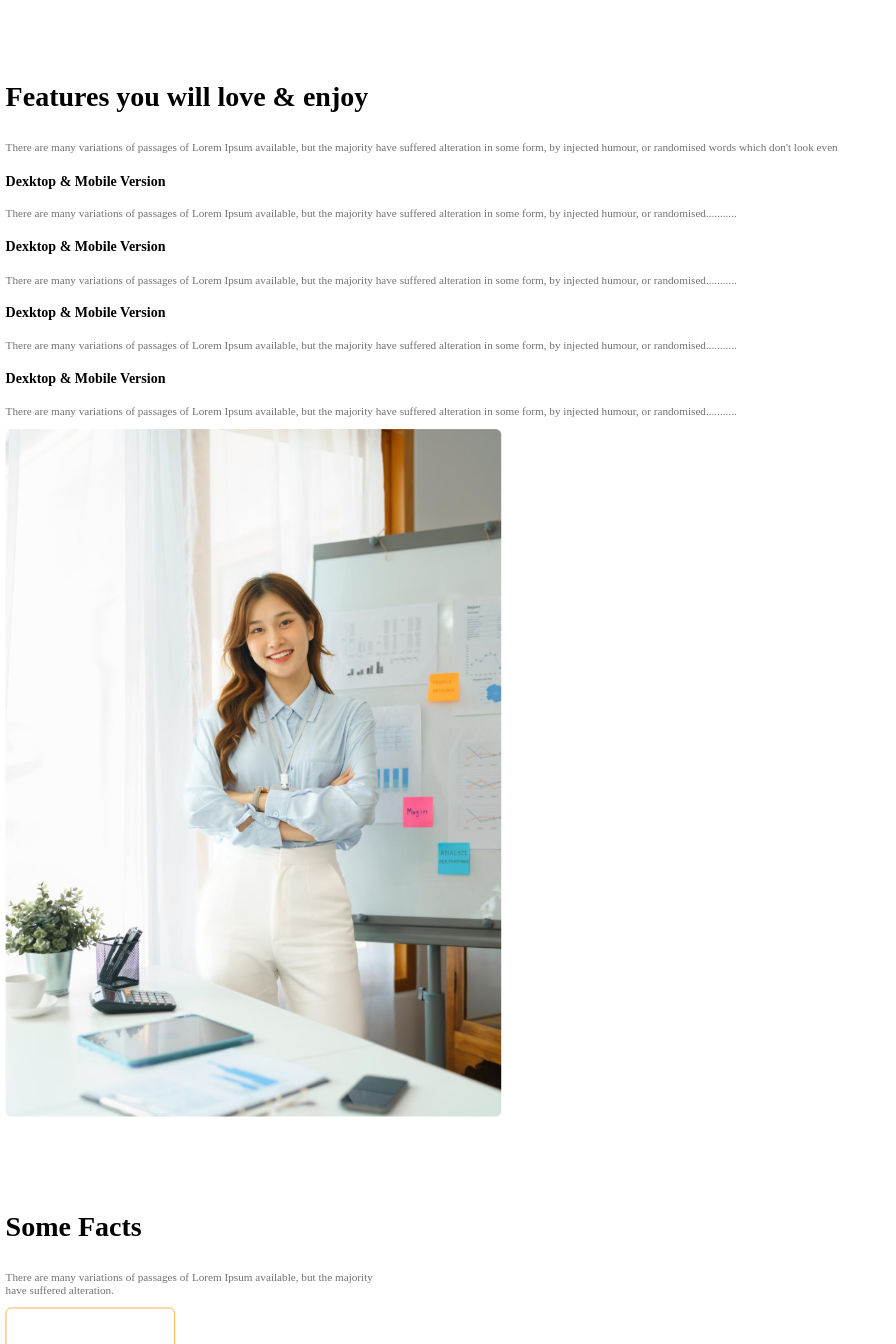
Repository: tanimtanzilislam/g3-architect-website
Page: index.html
An editor plug-in stored every save of this project. The page is shown before and after the next save, followed by the edit.
The browser window is 1280 px wide. The pictures show the part of the page from y = 2700 to 4620 px (the page is 5963 px tall before and 6267 px after), at 70% of full size.

Above is the page before, as saved 2026-02-06 22:33:21.

### index.html
<!DOCTYPE html>
<html lang="en">
<head>
    <meta charset="UTF-8">
    <meta name="viewport" content="width=device-width, initial-scale=1.0">
    <title>G3 Architecture</title>
    <link rel="stylesheet" href="styles/styles.css">
</head>
<body class=".work-sans-font">
    <header class="bg-light" >
        <nav class="navbar display-flex">
            <h3 class="brand">G3 Architect </h3>
             <ul class="nav-links display-flex">

                <li class="nav-item"><a href="" class="nav-link text-gray">Home</a></li>
                <li class="nav-item"><a href="" class="nav-link text-gray">About</a></li>
                <li class="nav-item"><a href="" class="nav-link text-gray">Contact-Us</a></li>
                <li class="nav-item"><a href="" class="nav-link text-gray">Login</a></li>
             </ul>
        </nav>

        <div class="banner">
        <div class="banner-content">
        <h1 class="banner-title">
                Brand new group of Architectects
            </h1>
            <p class="banner-description">
                There are many variations of passages of Lorem Ipsum available, but the majority have suffered alteration in some form, by injected humour, or randomised words which don't look even
            </p>
            <button class="btn-primary">Explore More</button>
            </div>

            <img class="banner-image" src="images/banner.png" alt="">
        </div>
    </header>
    <main>
        <!-- team section start -->
        <section class="teams display-flex">

            <div class="team-imag-container">

                <img src="images/team1.png" alt="two at=rchitect discussing about design">
                 <img src="images/team2.png" alt="">
                 <img src="images/team3.png" alt="">
                 <img src="images/team4.png" alt="">
            </div>

            <div class="our-features">
                <h3 class="section-title"> <span id="quick-list">Quick list </span><span>of our</span> <span  class="text-primary">features</span></h3>
                 <p class="feature-description  text-light-gray">
                    There are many variations of passages of Lorem Ipsum available, but the majority have suffered alteration in some form, by injected humour, or randomised words which don't look even
                 </p>
                 <button class="btn-primary">Explore More</button>
            </div>




        </section>

        <!-- featue section started -->
         <section class="features">
            <div>
           <h3 id="feature-section-title" class="section-title">Features you will love & enjoy</h3>
           <p class="text-light-gray">There are many variations of passages of Lorem Ipsum available, but the majority have suffered alteration in some form, by injected humour, or randomised words which don't look even</p>

           <!-- feature card container -->
            <div class="feature-card">
                <h4 class="feature-title">Dexktop & Mobile Version</h4>
                <p class="text-light-gray"> There are many variations of passages of Lorem Ipsum available, but the majority have suffered alteration in some form, by injected humour, or randomised...........</p>
            </div>
            <div class="feature-card">
                <h4 class="feature-title">Dexktop & Mobile Version</h4>
                <p class="text-light-gray"> There are many variations of passages of Lorem Ipsum available, but the majority have suffered alteration in some form, by injected humour, or randomised...........</p>
            </div>
            <div class="feature-card">
                <h4 class="feature-title">Dexktop & Mobile Version</h4>
                <p class="text-light-gray"> There are many variations of passages of Lorem Ipsum available, but the majority have suffered alteration in some form, by injected humour, or randomised...........</p>
            </div>
            <div class="feature-card">
                <h4 class="feature-title">Dexktop & Mobile Version</h4>
                <p class="text-light-gray"> There are many variations of passages of Lorem Ipsum available, but the majority have suffered alteration in some form, by injected humour, or randomised...........</p>
            </div>
            </div>
            <div>
                <img src="images/architect.png" alt="">
            </div>
         </section>

        <!-- some facts -->
         <section>
            <h3 class="section-title"> Some Facts</h3>
            <p class="text-light-gray fact-description">There are many variations of passages of Lorem Ipsum available, but the majority have suffered alteration.</p>

            <div class="facts-container">
                <!-- .fact-card*4>img.fact-icon+h4.fact-number+h5.fact-name -->
             <div class="fact-card display-flex">
                <img src="images/icons/ribon.png" alt="" class="fact-icon">
                <h4 class="fact-number">54</h4>
                <h5 class="fact-name">Awards Winning</h5>
             </div>
             <div class="fact-card">
                <div >
                    <img src="images/icons/projects.png" alt="" class="fact-icon">
                <h4 class="fact-number">1458</h4>
                <h5 class="fact-name">projects</h5>
                </div>
             </div>
             <div class="fact-card display-flex">
                <div>
                    <img src="images/icons/customers.png" alt="" class="fact-icon">
                <h4 class="fact-number">590</h4>
                <h5 class="fact-name">customers</h5>
                </div>
             </div>
             <div class="fact-card display-flex">
                <div>
                    <img src="images/icons/email.png" alt="" class="fact-icon">
                <h4 class="fact-number">22578</h4>
                <h5 class="fact-name">Email Send</h5>
                </div>
             </div>

            </div>

         </section>

         <!-- our facts -->
          <section class="our-sponsors">
            <div class="sponsor-info">
               <h3 class="section-title">Our Sponsors</h3>
               <p class="text-light-gray">
                There are many variations of passages of Lorem Ipsum available, but the majority have suffered alteration.
               </p>
               <div class="sponsor-companies">

                <img src="images/sponsors/spotify.png" alt="">
                 <img src="images/sponsors/google.png" alt="">
                  <img src="images/sponsors/amazon.png" alt="">
                   <img src="images/sponsors/telerama.png" alt="">
                    <img src="images/sponsors/figma.png" alt="">
               </div>

            </div>

          </section>
    </main>
    <footer></footer>

</body>
</html>

### styles/styles.css
@import url('https://fonts.googleapis.com/css2?family=Work+Sans:ital,wght@0,100..900;1,100..900&display=swap');

.work-sans-font{
  font-family: "Work Sans", sans-serif;
  font-optical-sizing: auto;
  font-weight: 400;
  font-style: normal;
}

/* shared styles */
.display-flex{
  display:flex;
}

.text-gray{
  color:#424242;
}

/* dark02 */
.text-light-gray{
  color:#727272;
}

/* header styles */

.navbar{
  justify-content: space-between;
  align-items:center;
}
.brand{
  font-weight:700;
  font-size:45px;
}

/* navbar related styles */
.bg-light{
  background-color: rgba(255,144,14,0.1);
}

.nav-item{
  list-style:none;
  margin-right:30px;
}

.nav-link{
  text-decoration:none;
  font-weight:500;
}
.navbar ,.banner{
  max-width:1440px;
  margin:0 auto;
}

/* banner related styles */

.banner-content{
  max-width:850px;
  margin: 0 auto 50px auto;
}
.banner-title{
  font-weight: 700;
  font-size:4em;
}
.btn-primary{
  background-color:#FF900E;
  color:white;
  padding:20px 25px;
  font-size: 1.25rem;
  font-weight:600;
  border-radius: 0;
}
.banner-image{
  width:100%;
}

/* team and feature related styles */

.teams{
  align-items:center;
}
.team-img-container{
  display:grid;
  grid-template-columns: repeat(2,1fr);
}
main>section{
  margin-top:130px;
}

.our-features{
  margin-left: 130px;
  max-width: 530px;
}

.section-title{
  font-size:2.5rem;
  font-weight: 700;
}
#quick-list{
  font-weight:500;
}


/* Features section related styles */
#featue-section-title{
  border-left: 5px solid #FF900E;
  padding:20px;
}

.feature-card-
.facts-container{
  display:grid;
  grid-template-columns: repeat(4,1fr);
}

.feature-card .feature-title{
  font-weight:600;
  font-size:1.25rem;

}
/* Some Facts related styles */
.fact-card{
  border: 1px solid #FF900E;
  width:240px;
  height:240px;
  border-radius:8px;
  text-align: center;
  align-items:center;
  justify-content: center;
}
.fact-number{
  font-size: 2.8rem;
  font-weight: 600;
  margin-top:5px;
  margin-bottom:10px;
}
.fact-name{
  font-size:1.25rem;
  font-weight:600;
}

.text-primary{
  color:#FF900E;
}
.fact-description{
  max-width:540px;
}
.sponsor-companies{
  justify-items: center;
  gap:24px;
}

/* responsive media query */
@media screen and (max-width:576px){
  .navbar ,.nav-links, .teams{
    flex-direction: column;
  }

  .team-img-container, .facts-container,
  .sponsor-companies{
    grid-template-columns: 1fr;
  }
  .facts-container,.sponsor-companies{
    justify-content: center;
    gap:24px;
  }
  .our-features{
    margin-left:20px;
  }
}

main{
  max-width:1440px;
  margin:0px auto;
}

/* sponsor related styles */
.sponsor-info{
  max-width:540px;
  margin:50px auto;
}
.sponsor-companies img{
  filter:grayscale(100%);
}

/*  medium size device */
@media screen and (min-width:576px) and (max-width:992px){
  .teams{
    flex-direction:column;
  }
  .our-features{
    margin:50px auto;
  }
  .sponsor-companies,.facts-container{
    grid-template-columns:repeat(3,1fr);
    gap:50px;
    justify-items: center;
  }
}

After the next save:
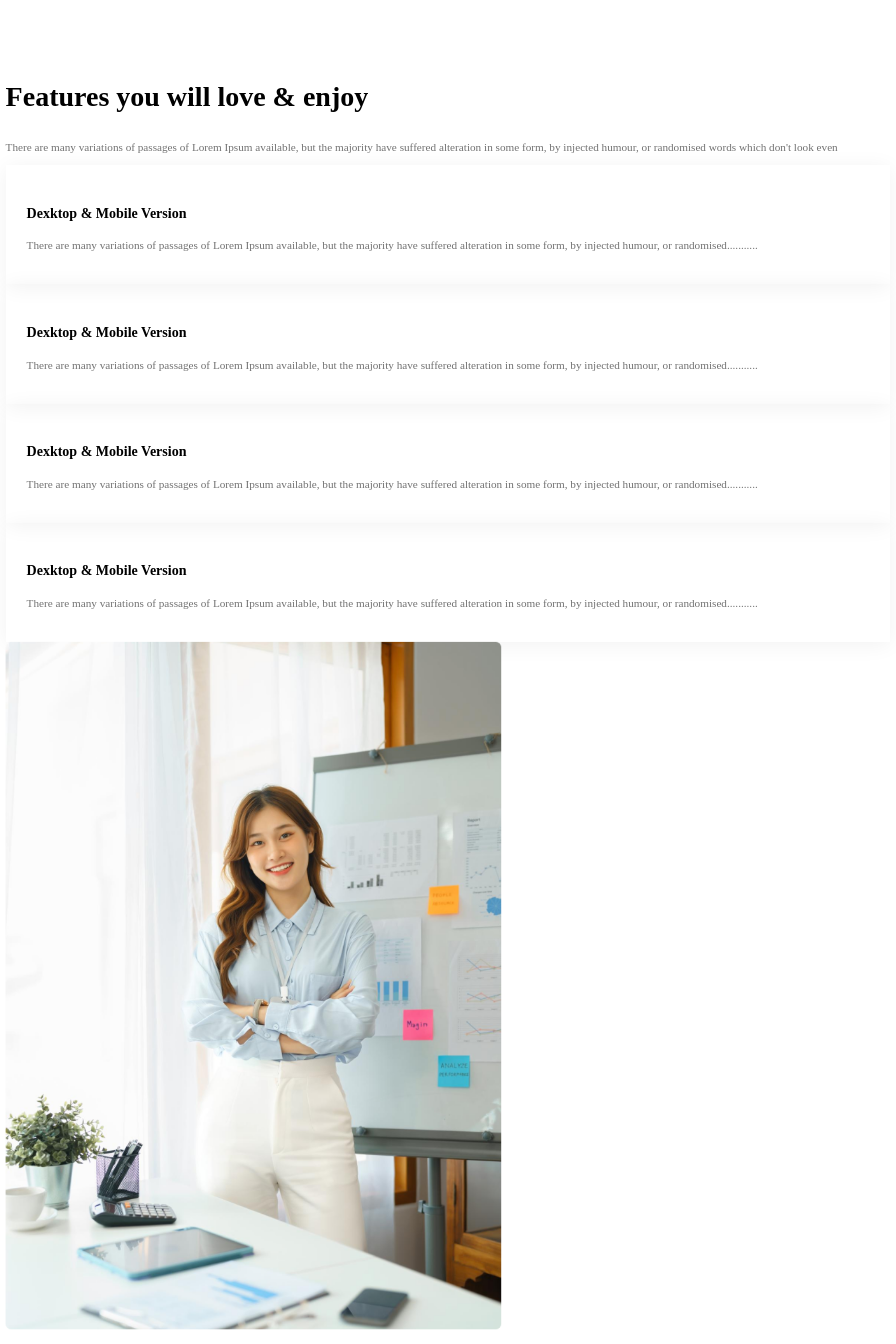
Saved 14 s later.
--- a/styles/styles.css
+++ b/styles/styles.css
@@ -112,6 +112,11 @@
   grid-template-columns: repeat(4,1fr);
 }
 
+.feature-card{
+   padding:30px;
+  box-shadow: 0 4px 30px 0 rgba(0,0,0,0.06);
+
+}
 .feature-card .feature-title{
   font-weight:600;
   font-size:1.25rem;
